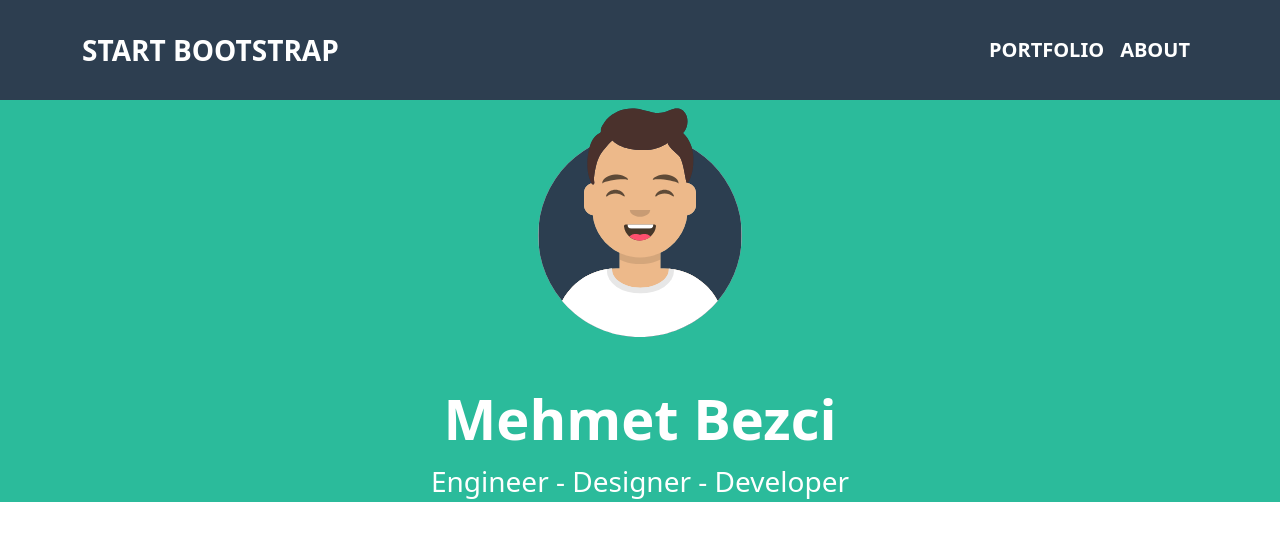
Repository: 7JaxeN7/WT-1255P-Mehmet_BEZC-
Page: index.html
An editor plug-in stored every save of this project. The page is shown before and after the next save, followed by the edit.
The browser window is 1280 px wide. The pictures show the whole page.

Above is the page before, as saved 2025-01-06 21:11:40.

### index.html
<!DOCTYPE html>
<html lang="tr">

<head>
  <meta charset="UTF-8">
  <meta name="viewport" content="width=device-width, initial-scale=1.0">
  <link rel="stylesheet" href="style.css">
  <link href="https://cdn.jsdelivr.net/npm/bootstrap@5.3.3/dist/css/bootstrap.min.css" rel="stylesheet"
    integrity="sha384-QWTKZyjpPEjISv5WaRU9OFeRpok6YctnYmDr5pNlyT2bRjXh0JMhjY6hW+ALEwIH" crossorigin="anonymous">
  <title>Start Bootstrap</title>
</head>

<body>
  <!-- Navbar -->
  <header>
    <nav class="navbar navbar-expand-lg navbar-bg">
      <div class="container pt-3 pb-3">
        <a class="navbar-brand text-white fw-bolder fs-3" href="#">START BOOTSTRAP</a>
        <button class="navbar-toggler" type="button" data-bs-toggle="collapse" data-bs-target="#navbarNav"
          aria-controls="navbarNav" aria-expanded="false" aria-label="Toggle navigation">
          <span class="navbar-toggler-icon"></span>
        </button>
        <div class="collapse navbar-collapse" id="navbarNav">
          <ul class="navbar-nav ms-auto">
            <li class="nav-item">
              <a class="nav-link text-white fw-bolder fs-5" href="#">PORTFOLIO</a>
            </li>
            <li class="nav-item">
              <a class="nav-link text-white fw-bolder fs-5" href="#">ABOUT</a>
            </li>
          </ul>
        </div>
      </div>
    </nav>
  </header>
  <!-- Herosection -->
   <div class="herosection-bg">
    <div class="container text-center">
      <img src="/assets/img/avataaars.svg" width="20%"/>
    <h1 class="mt-5 text-white fw-bolder display-4">Mehmet Bezci</h1>
    <p class="text-white fs-3">Engineer - Designer - Developer</p>
    </div>
   </div>
  <!-- Burası bootstrap script kısmı -->
  <script src="https://cdn.jsdelivr.net/npm/bootstrap@5.3.3/dist/js/bootstrap.bundle.min.js"
    integrity="sha384-YvpcrYf0tY3lHB60NNkmXc5s9fDVZLESaAA55NDzOxhy9GkcIdslK1eN7N6jIeHz"
    crossorigin="anonymous"></script>
</body>

</html>

### style.css
.navbar-bg {
  background-color: #2d3e50 !important;
}
.herosection-bg{
    background-color: #2bbb9b ;
}

After the next save:
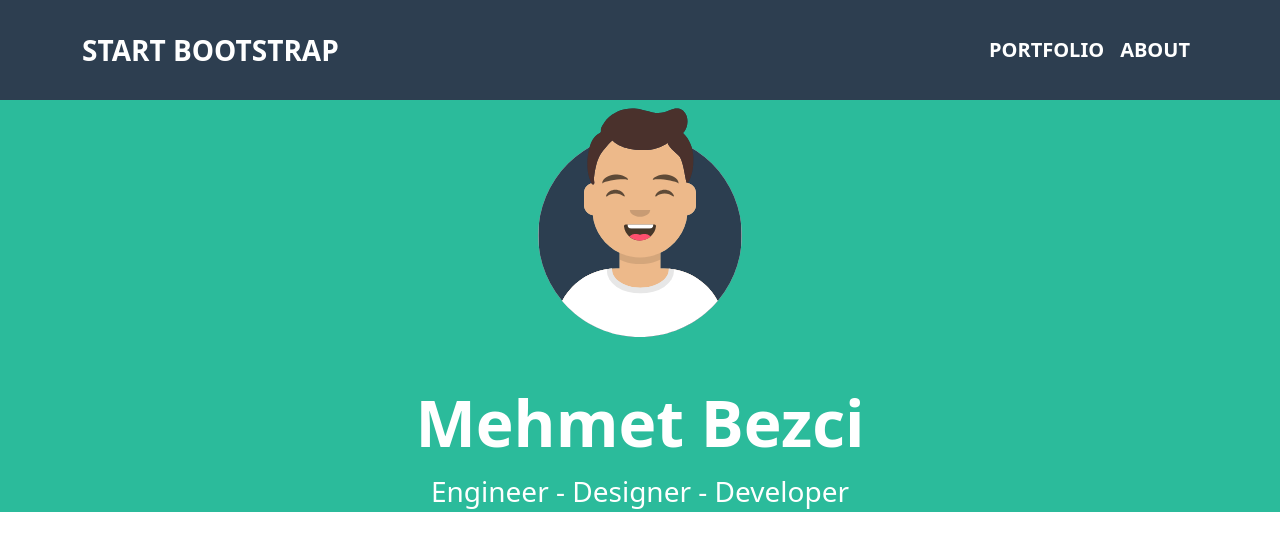
Saved 6 s later.
--- a/index.html
+++ b/index.html
@@ -37,7 +37,7 @@
    <div class="herosection-bg">
     <div class="container text-center">
       <img src="/assets/img/avataaars.svg" width="20%"/>
-    <h1 class="mt-5 text-white fw-bolder display-4">Mehmet Bezci</h1>
+    <h1 class="mt-5 text-white fw-bolder display-3">Mehmet Bezci</h1>
     <p class="text-white fs-3">Engineer - Designer - Developer</p>
     </div>
    </div>
